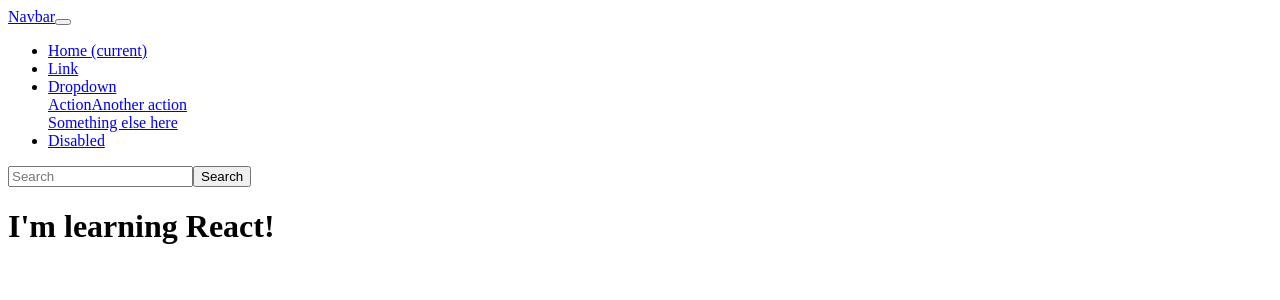
Repository: evemcd/scrimba-react1
Page: index.html
An editor plug-in stored every save of this project. The page is shown before and after the next save, followed by the edit.
The browser window is 1280 px wide. The pictures show the whole page.
Some web libraries are served in a nearby version.

Above is the page before, as saved 2023-07-30 07:37:26.

After the next save:
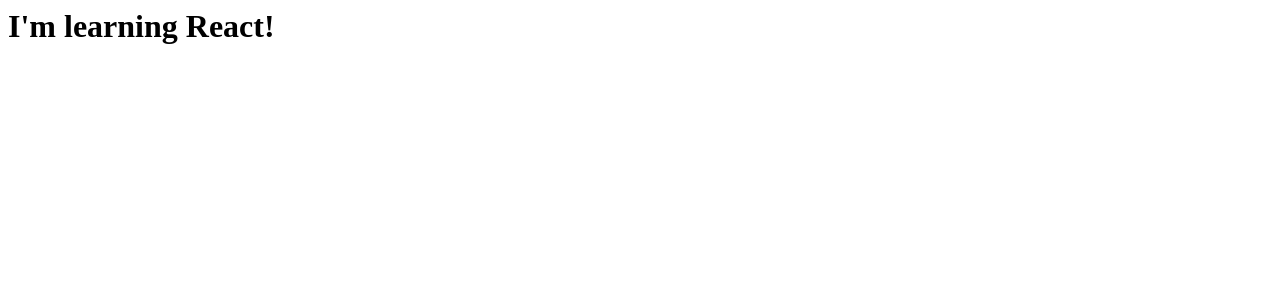
Saved 2 min 36 s later.
--- a/index.js
+++ b/index.js
@@ -1,53 +1,11 @@
 //ReactDOM.render(<h1>Hello, everyone!</h1>, document.getElementById("root"))
 //ReactDOM.render(<ul><li>HTML</li><li>CSS</li></ul>,document.getElementById("root"))
 
-function Navbar() {
-    return (
-        <nav className="navbar navbar-expand-lg navbar-light bg-light">
-            <a className="navbar-brand" href="#">Navbar</a>
-            <button className="navbar-toggler" type="button" data-toggle="collapse" data-target="#navbarSupportedContent" aria-controls="navbarSupportedContent" aria-expanded="false" aria-label="Toggle navigation">
-                <span className="navbar-toggler-icon"></span>
-            </button>
-
-            <div className="collapse navbar-collapse" id="navbarSupportedContent">
-                <ul className="navbar-nav mr-auto">
-                    <li className="nav-item active">
-                        <a className="nav-link" href="#">Home <span className="sr-only">(current)</span></a>
-                    </li>
-                    <li className="nav-item">
-                        <a className="nav-link" href="#">Link</a>
-                    </li>
-                    <li className="nav-item dropdown">
-                        <a className="nav-link dropdown-toggle" href="#" id="navbarDropdown" role="button" data-toggle="dropdown" aria-haspopup="true" aria-expanded="false">
-                            Dropdown
-                        </a>
-                        <div className="dropdown-menu" aria-labelledby="navbarDropdown">
-                            <a className="dropdown-item" href="#">Action</a>
-                            <a className="dropdown-item" href="#">Another action</a>
-                            <div className="dropdown-divider"></div>
-                            <a className="dropdown-item" href="#">Something else here</a>
-                        </div>
-                    </li>
-                    <li className="nav-item">
-                        <a className="nav-link disabled" href="#">Disabled</a>
-                    </li>
-                </ul>
-                <form className="form-inline my-2 my-lg-0">
-                    <input className="form-control mr-sm-2" type="search" placeholder="Search" aria-label="Search" />
-                    <button className="btn btn-outline-success my-2 my-sm-0" type="submit">Search</button>
-                </form>
-            </div>
-        </nav>
-    )
-}
-
-// Challenge: Create your own custom React component!
-// Call it "MainContent", and have it return a simple
-// h1 element that says "I'm learning React!"
-
-// Afterward, render it below the Navbar (which
-// you can do inside the ReactDOM.render call below)
-
+/*
+Challenge: Create your own custom React component!
+Call it "MainContent", and have it return a simple h1 element that says "I'm learning React!"
+Afterward, render it below the Navbar (which you can do inside the ReactDOM.render call below)
+*/
 function MainContent() {
     return (
         <h1>I'm learning React!</h1>
@@ -57,7 +15,6 @@
 
 ReactDOM.render(
     <div>
-        <Navbar />
         <MainContent />
     </div>,
     document.getElementById("root")
